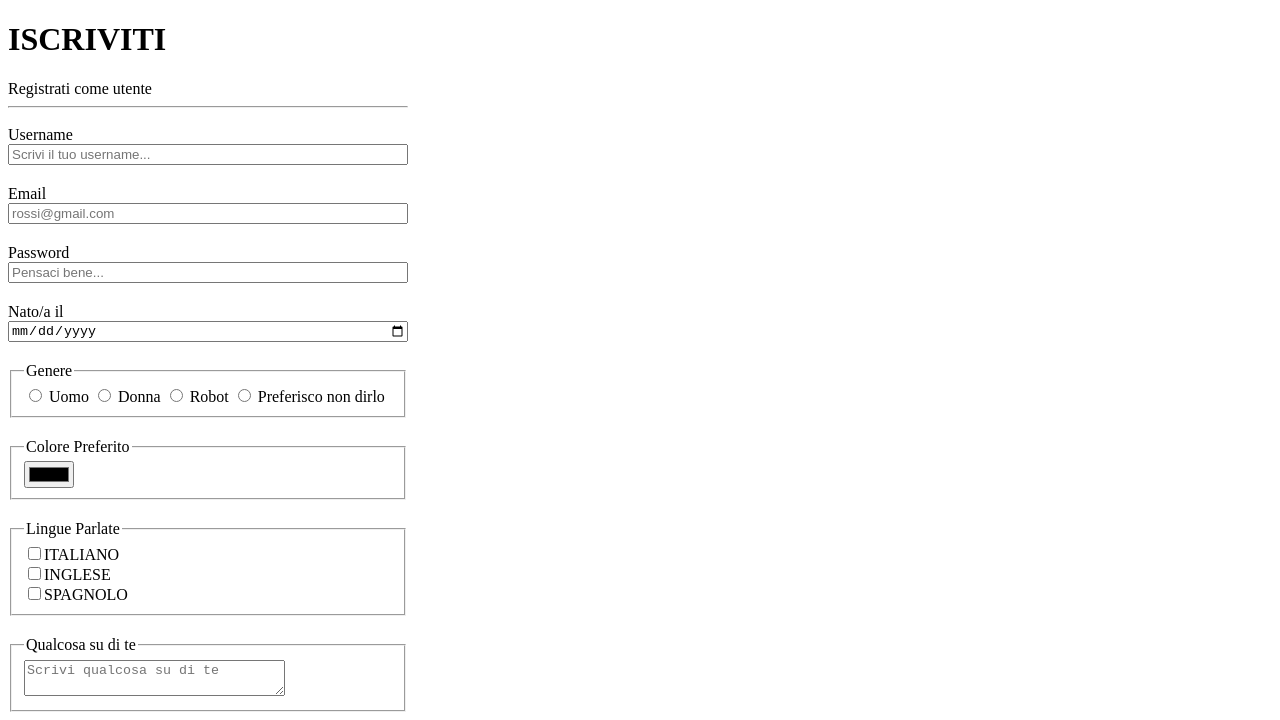
Repository: CryptoFamilyNFT/develhope
Page: html/form.html
An editor plug-in stored every save of this project. The page is shown before and after the next save, followed by the edit.
The browser window is 1280 px wide. The pictures show the whole page.

Above is the page before, as saved 2024-11-06 16:28:41.

After the next save:
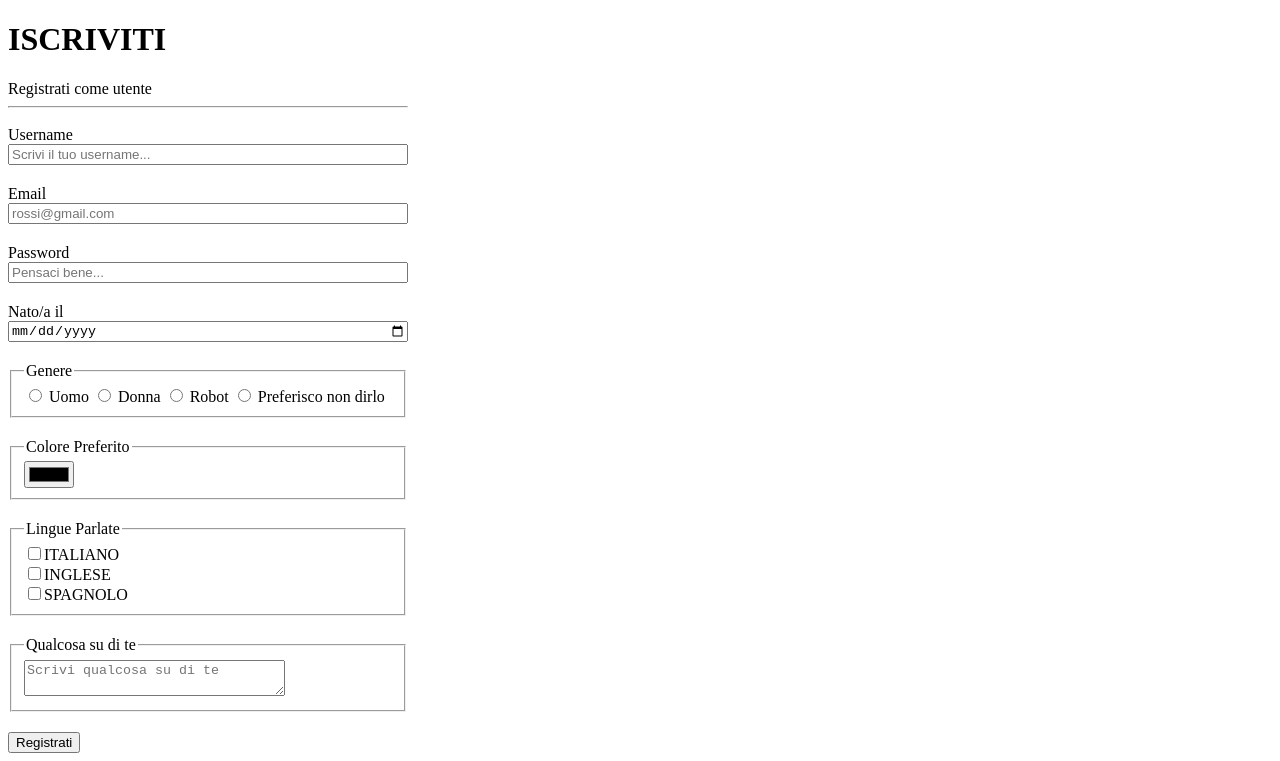
Saved 44 s later.
--- a/html/form.html
+++ b/html/form.html
@@ -99,9 +99,7 @@
           </div>
         </fieldset>
         <fieldset>
-          <legend>
-            Lingue Parlate
-          </legend>
+          <legend>Lingue Parlate</legend>
           <div class="section">
             <label for="lingue_1">
               <input
@@ -129,10 +127,13 @@
             </label>
           </div>
         </fieldset>
-    <fieldset>
-        <legend>Qualcosa su di te</legend>
-        <textarea cols="30" placeholder="Scrivi qualcosa su di te"></textarea>
-    </fieldset>
+        <fieldset>
+          <legend>Qualcosa su di te</legend>
+          <textarea cols="30" placeholder="Scrivi qualcosa su di te"></textarea>
+        </fieldset>
+        <div>
+            <button type="submit">Registrati</button>
+        </div>
       </div>
     </form>
   </body>
